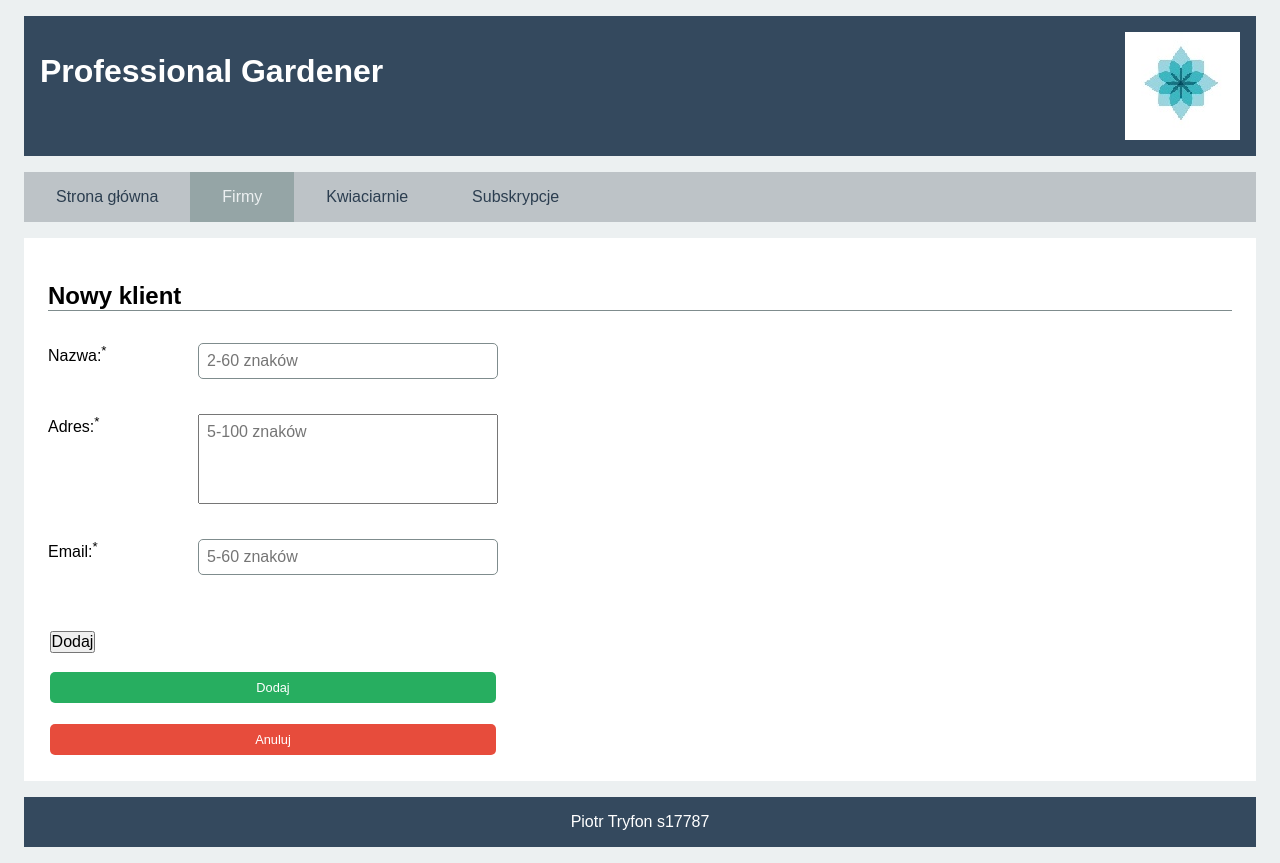
Repository: s17787/TIN
Page: tin_zaoczne_12_s17787_html-css/pages/client-form.html
The author's editor kept a copy of each file at every save. The page is drawn from the files as they stood at one save, then again after the next save.
The browser window is 1280 px wide. The pictures show the whole page.

Above is the page before, as saved 2021-01-06 13:50:34.

After the next save:
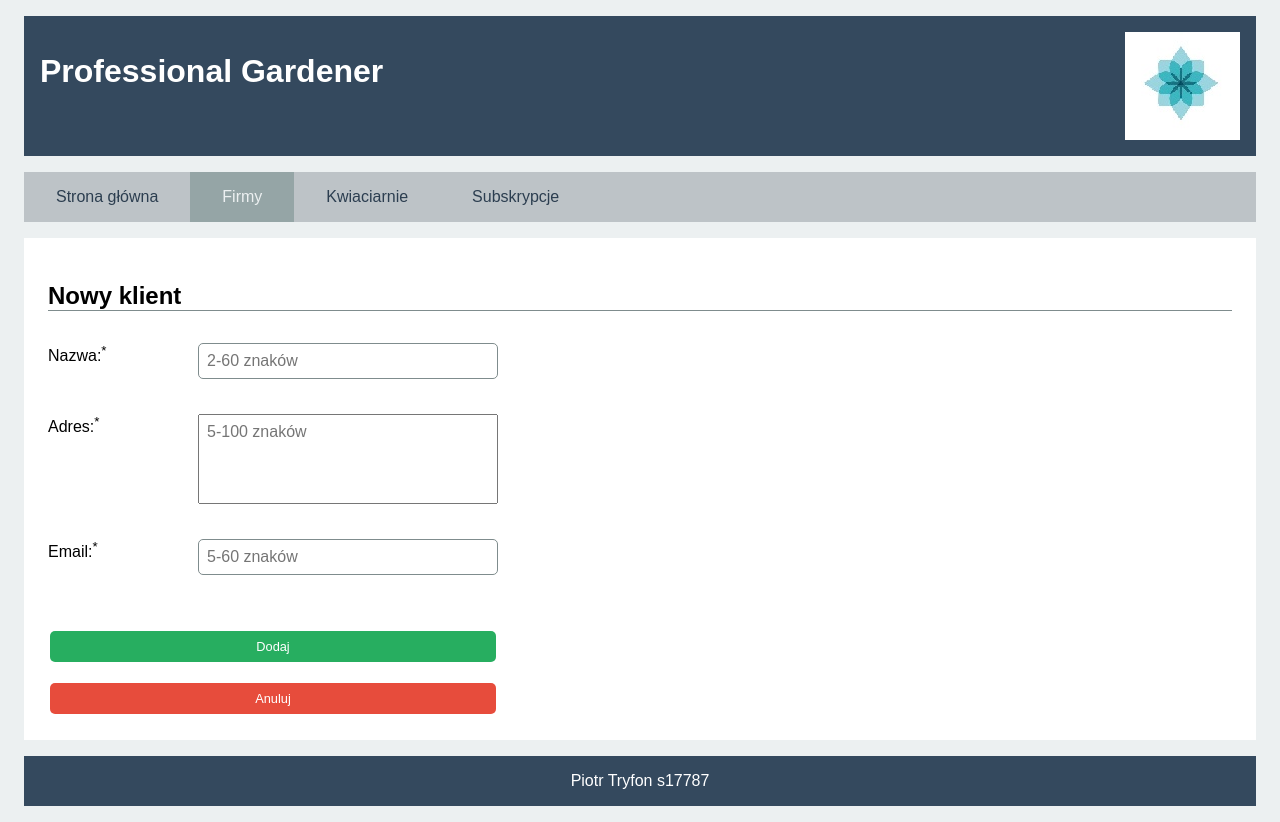
Saved 59 s later.
--- a/tin_zaoczne_12_s17787_html-css/pages/client-form.html
+++ b/tin_zaoczne_12_s17787_html-css/pages/client-form.html
@@ -41,8 +41,7 @@
             <!--</div>-->
             <!--<div class="form-buttons">-->
                 <p id="errorsSummary" class="errors-text"></p>
-                <p><input type="submit" value="Dodaj" /></p>
-                <p><a href="client-list.html" class="form-button-submit" >Dodaj</a></p>
+                <p><input href="client-list.html" class="form-button-submit" type="submit" value="Dodaj" /></p>
                 <p><a href="client-list.html" class="form-button-cancel" >Anuluj</a></p>
             <!--</div>  -->
         </form>
